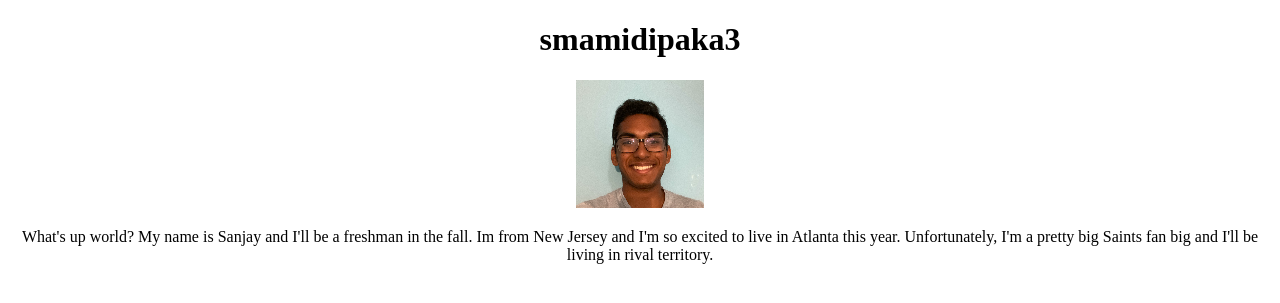
Repository: sanjayMamidipaka/cs1301
Page: lab01/index.html
These files come from the project's save history. The page is drawn as it stood at one moment and after the next save; the edit follows.
The browser window is 1280 px wide. The pictures show the whole page.

Above is the page before, as saved 2021-07-22 15:54:26.

After the next save:
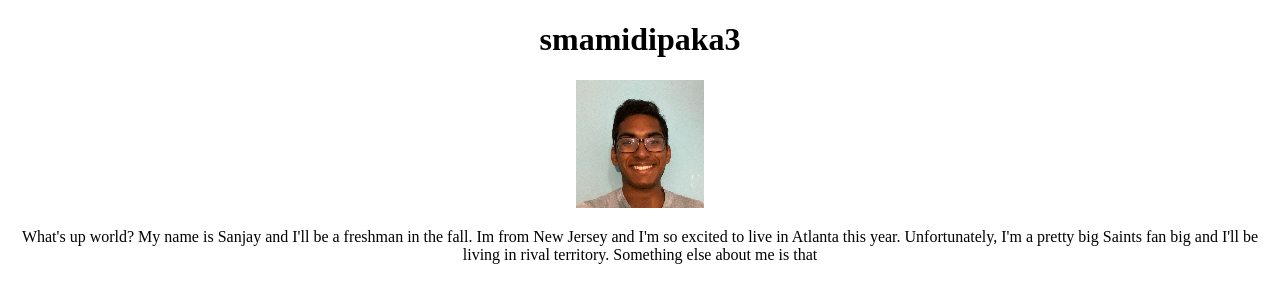
Saved 6 s later.
--- a/lab01/index.html
+++ b/lab01/index.html
@@ -10,6 +10,6 @@
     <img src="image.png" alt="My Picture">
     <p>
         What's up world? My name is Sanjay and I'll be a freshman in the fall. Im from New Jersey and I'm so excited to live in Atlanta this year.
-        Unfortunately, I'm a pretty big Saints fan big and I'll be living in rival territory.
+        Unfortunately, I'm a pretty big Saints fan big and I'll be living in rival territory. Something else about me is that
     </p>
   </div>
